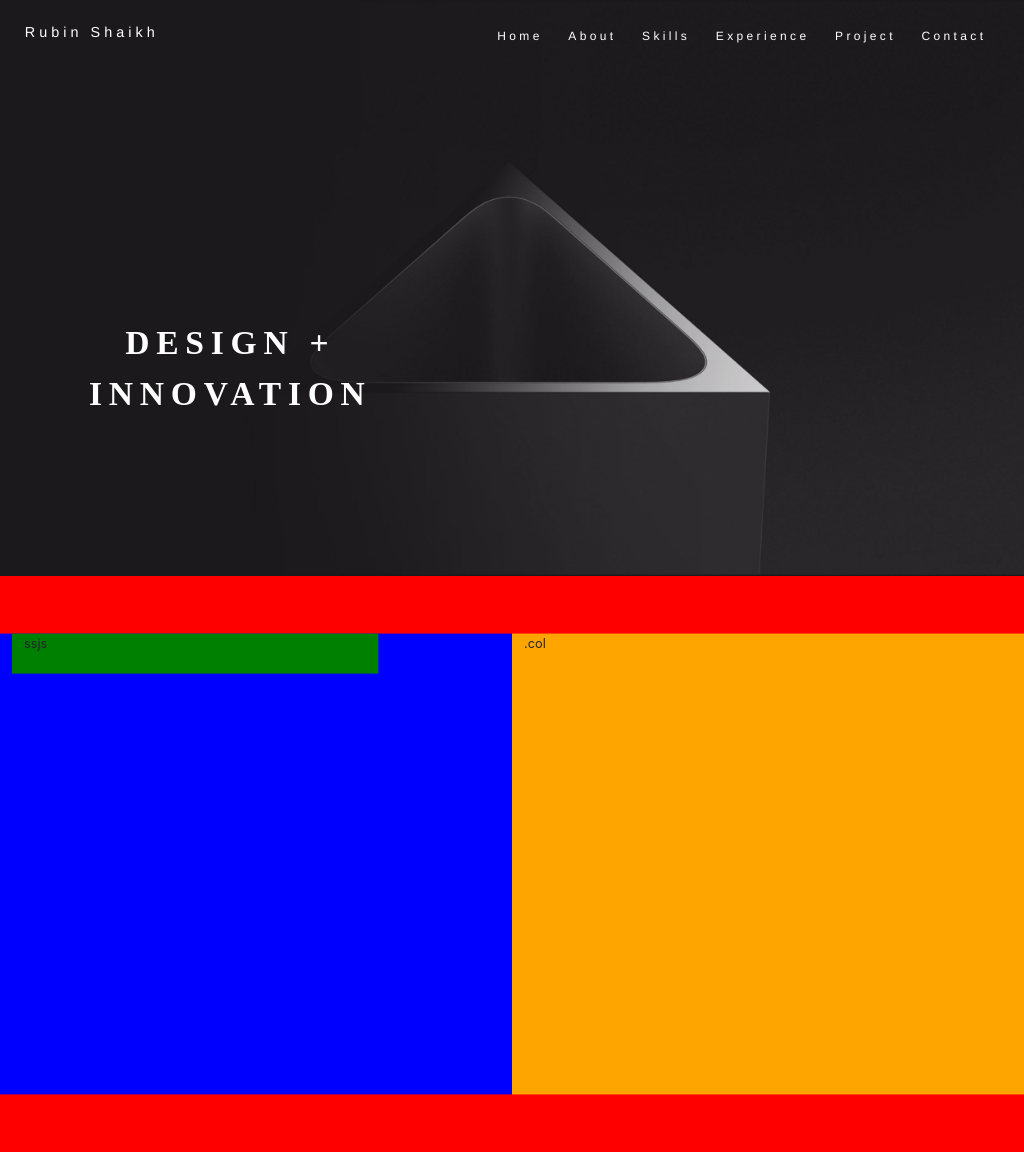
Repository: Rubin78/My-Portfolio
Page: /second
These files come from the project's save history. The page is drawn as it stood at one moment and after the next save; the edit follows.
The browser window is 1280 px wide. The pictures show the whole page, at 80% of full size.
The project was rebuilt for these pictures with package versions that can differ from the ones it lists, and the page was loaded fresh each time. Also part of the build but not shown: src/components/First/First.module.css, src/components/First/First.js, src/components/Third.js.

Above is the page before, as saved 2020-07-21 19:41:44.

After the next save:
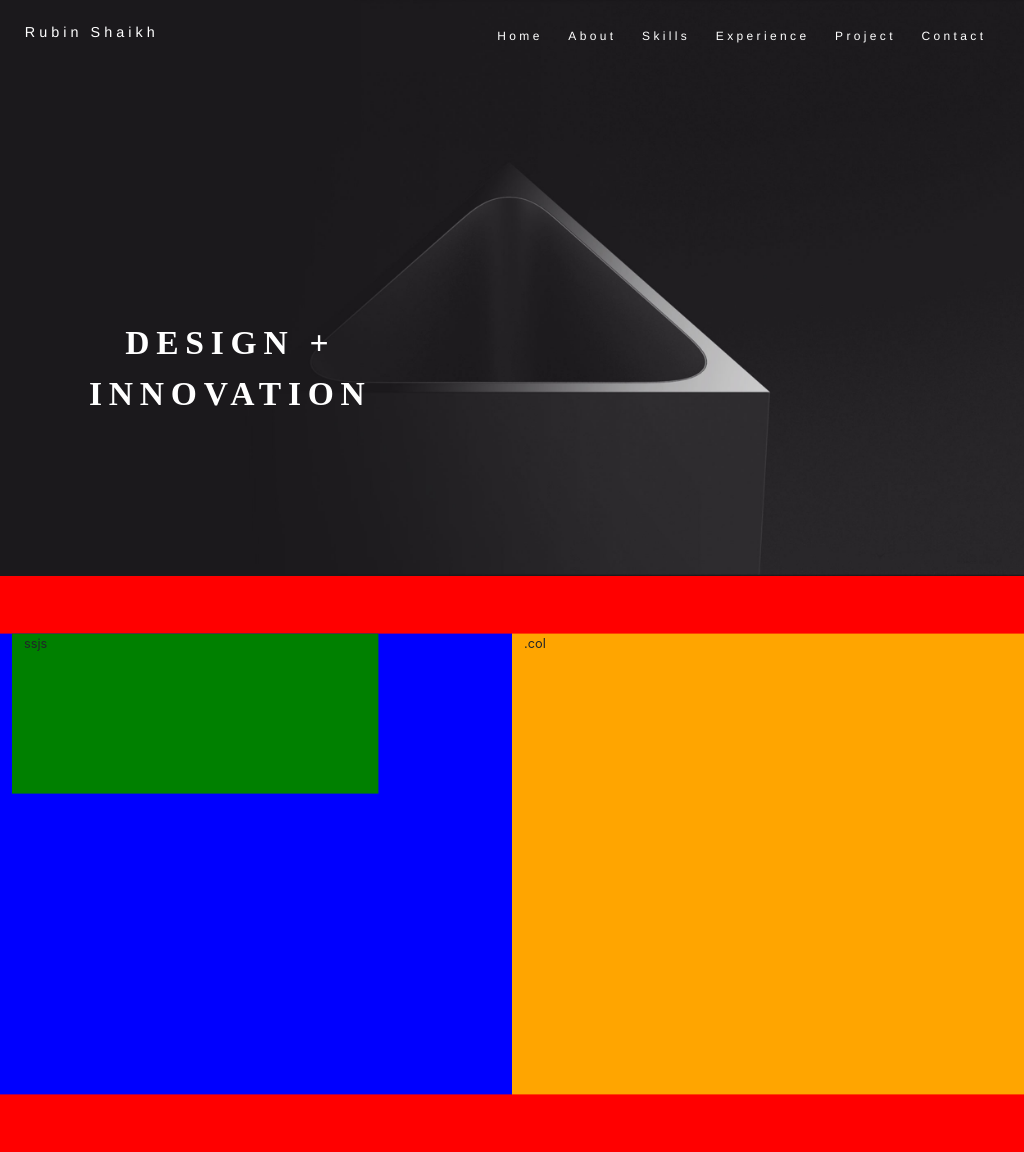
Saved 10 s later.
--- a/src/components/Second.js
+++ b/src/components/Second.js
@@ -98,7 +98,7 @@
 <Row >
         <Col md="6" sm="6" className="container2column" style={{backgroundColor:"blue"}} >
 
-          <Col sm="9" classID="container2insider" style={{backgroundColor:'green',height:50}}>
+          <Col sm="9" classID="container2insider" style={{backgroundColor:'green',height:200}}>
             ssjs
             </Col>
         </Col>
